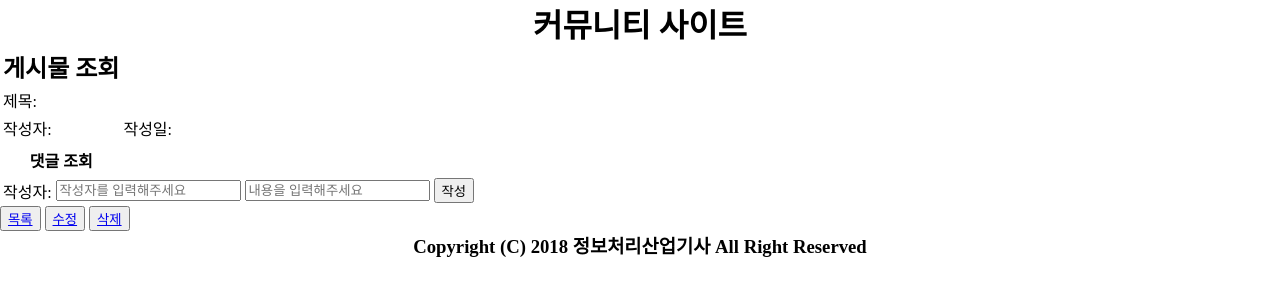
Repository: Tor1a/SpringSet
Page: http://localhost/practice01/WEB-INF/views/post/Lookup.jsp
An editor plug-in stored every save of this project. The page is shown before and after the next save, followed by the edit.
The browser window is 1280 px wide. The pictures show the whole page.
The page is served by Tomcat 9. Nobody is signed in. Other server files are loaded and not shown. The template is opened directly, without the code that normally fills it, so the values that code supplies are empty.

Above is the page before, as saved 2022-04-15 05:53:35.

### practice01/src/main/webapp/WEB-INF/views/post/Lookup.jsp
<%@ page language="java" contentType="text/html; charset=UTF-8"    pageEncoding="UTF-8"%>
<%@ taglib prefix="c" uri="http://java.sun.com/jsp/jstl/core" %>
<%@ include file="../include/header.jsp" %>

<script src="${pageContext.request.contextPath}/resources/js/post/commentAdd.js"></script>
	<table>
		<thead>
			<tr>
				<td><h2>게시물 조회</h2></td>
				</tr>
		</thead>
		<tbody>
			<tr>
				<td>제목: ${vo.subject}</td>
			</tr>
			<tr>
				<td>작성자: ${vo.writer}</td>
				<td>작성일: ${vo.date}</td>
			</tr>
			<tr>
				<td>${vo.content}</td>
			</tr>
		</tbody>
			<th>댓글 조회</th>
			<c:forEach var="list" items="${list}">
			<tr>
				<td>
					${list.writer} / ${list.content} / ${list.date} / <a href="CommentDel.do?idx=${list.bidx}&bidx=${vo.idx}">삭제</a>
				</td>
			</tr>
			</c:forEach>
		<form id="commentAddForm">
			<input type="hidden" name="bidx" value="${vo.idx}" >
			<table>
				<tr>
					<td>작성자:</td>
					 <td><input type="text" id ="cmWriter" name="writer" placeholder="작성자를 입력해주세요"></td>
					 <td><input type="text" id ="cmContent" name="content" placeholder="내용을 입력해주세요"></td>
					 <td><input type="button" value="작성" onclick="addCheck()"></td>
				</tr>
			</table>
		</form>
		<tr>
		<button><a href="/controller">목록</a></button>
		<button><a href="updatForm.do?idx=${vo.idx}">수정</a></button>
		<button><a href="delete.do?idx=${vo.idx}">삭제</a></button>
		</tr>
	</table>


<%@ include file="../include/footer.jsp" %>

### practice01/src/main/webapp/WEB-INF/views/include/header.jsp
<%@ page language="java" contentType="text/html; charset=UTF-8"    pageEncoding="UTF-8"%>
<%@ taglib prefix="c" uri="http://java.sun.com/jsp/jstl/core" %>
<%@ taglib prefix="fmt" uri="http://java.sun.com/jsp/jstl/fmt" %>

<!DOCTYPE html>
<html>
<head>

<meta charset="UTF-8">
<script src="${pageContext.request.contextPath}/resources/js/jquery-3.6.0.min.js">
</script>
<link rel="stylesheet" href="${pageContext.request.contextPath}/resources/css/header.css">

</head>
<body>

    <h1>커뮤니티 사이트</h1>

### practice01/src/main/webapp/WEB-INF/views/include/footer.jsp
<%@ page language="java" contentType="text/html; charset=UTF-8"    pageEncoding="UTF-8"%>
<link rel="stylesheet" href="${pageContext.request.contextPath}/resources/css/footer.css">


<h3>Copyright (C) 2018 정보처리산업기사 All Right Reserved</h3>

</body>
</html>

### practice01/src/main/webapp/resources/css/header.css
@charset "UTF-8";
body, h1, h2, h3, h4, h5, p, ul, li, ol, dd, dt, dl { padding: 0; margin: 0; }

ul {list-style: none;}

a:hover{text-decoration: none;}

body{height: 100%;}

.sub{dispaly:flex; justify-content: space-between; flex-direction: row; flex-wrap: nowrap;}
.mainMenu {display: flex; justify-content: space-around; flex-direction: row; flex-wrap: nowrap;}

h1 {text-align: center;}

### practice01/src/main/webapp/resources/js/post/commentAdd.js
function addCheck(){
	if($("#cmWriter").val() == ""){
		alert("작성자를 입력해주세요");
		$("#cmWriter").focus();
		return;
	}else if($("#cmContent").val() == ""){
		alert("내용을 입력해주세요");
		$("#cmContent").focus();
		return;
	}else{
		var form = document.getElementById('commentAddForm');
		form.action="CommentAdd.do";
		form.method = "POST";
		form.submit();
	}
}

### practice01/src/main/webapp/resources/css/footer.css
@charset "UTF-8";
body, h1, h2, h3, h4, h5, p, ul, li, ol, dd, dt, dl { padding: 0; margin: 0; }

ul {list-style: none;}

a:hover{text-decoration: none;}

body{height: 100%;}

h3 {text-align: center;}

Loaded but not shown: practice01/src/main/webapp/resources/js/jquery-3.6.0.min.js (library)

After the next save:
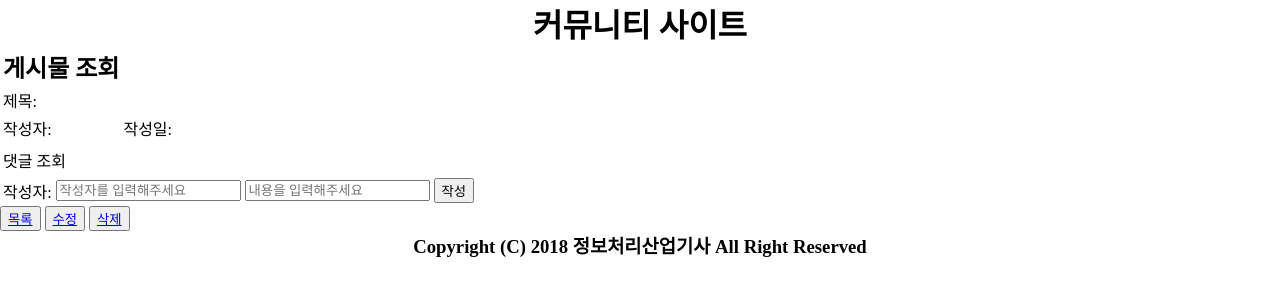
Saved 34 s later.
--- a/practice01/src/main/webapp/WEB-INF/views/post/Lookup.jsp
+++ b/practice01/src/main/webapp/WEB-INF/views/post/Lookup.jsp
@@ -7,7 +7,7 @@
 		<thead>
 			<tr>
 				<td><h2>게시물 조회</h2></td>
-				</tr>
+			</tr>
 		</thead>
 		<tbody>
 			<tr>
@@ -21,7 +21,7 @@
 				<td>${vo.content}</td>
 			</tr>
 		</tbody>
-			<th>댓글 조회</th>
+			<tr><td>댓글 조회</td></tr>
 			<c:forEach var="list" items="${list}">
 			<tr>
 				<td>
